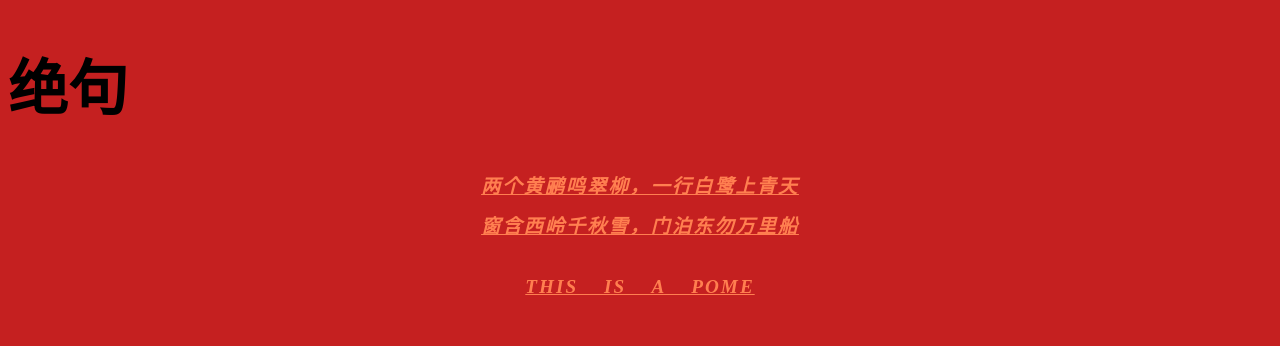
Repository: ljx1197678031/Wed-Design
Page: 01/3.html
An editor plug-in stored every save of this project. The page is shown before and after a run of saves, followed by the edit.
The browser window is 1280 px wide. The pictures show the whole page.

Above is the page before, as saved 2020-06-01 22:49:27.

After the next 2 saves:
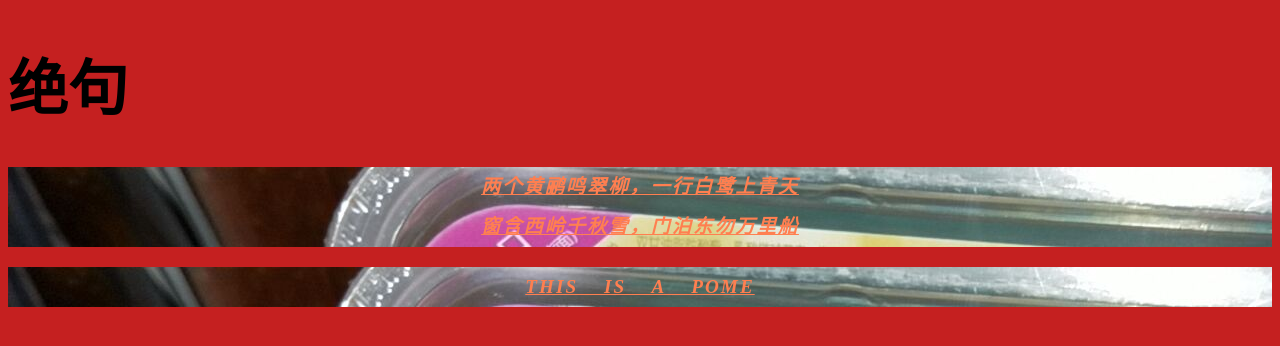
The 2 saves are shown as one change because they came seconds apart.
The last was saved 7 s later.
--- a/01/3.html
+++ b/01/3.html
@@ -21,7 +21,7 @@
             text-align: center;
             text-transform: uppercase;
             line-height: 40px;
-            /*background-image: url(../img/1.jpg);*/
+            background-image: url(../img/1.jpg);
         }
         body{
             background-color:rgb(197, 32, 32);
